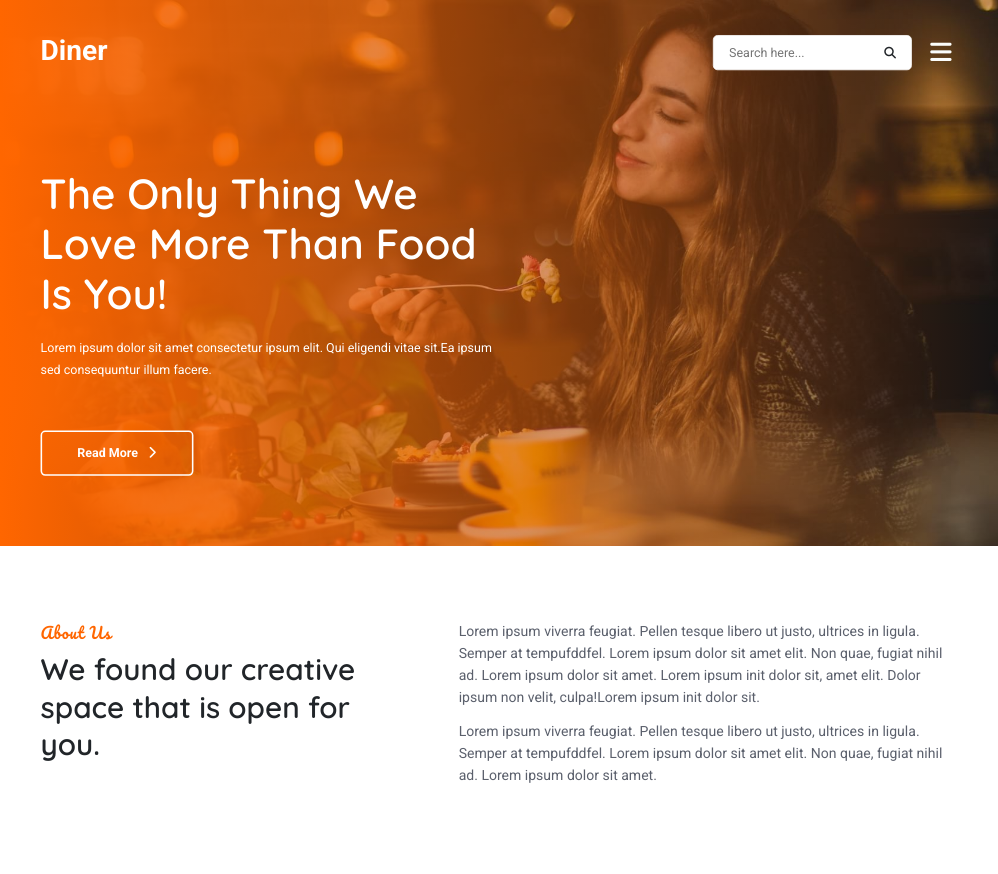
Repository: minhtrivu6199/Diner
Page: index.html
The author's editor kept a copy of each file at every save. The page is drawn from the files as they stood at one save, then again after the next save.
The browser window is 1280 px wide. The pictures show the whole page, at 78% of full size.
Backgrounds fixed to the window are drawn as part of the page. The style sheet was rebuilt from its Sass, Less or Tailwind sources for each picture, by a compiler version that may differ from the author's.

Above is the page before, as saved 2022-10-10 15:19:50.

### index.html
<!DOCTYPE html>
<html lang="en">
  <head>
    <title>Title</title>
    <!-- Required meta tags -->
    <meta charset="utf-8" />
    <meta
      name="viewport"
      content="width=device-width, initial-scale=1, shrink-to-fit=no"
    />
    <!-- FontAwesome 6.2.0 CSS -->
    <link
      rel="stylesheet"
      href="https://cdnjs.cloudflare.com/ajax/libs/font-awesome/6.2.0/css/all.min.css"
      integrity="sha512-xh6O/CkQoPOWDdYTDqeRdPCVd1SpvCA9XXcUnZS2FmJNp1coAFzvtCN9BmamE+4aHK8yyUHUSCcJHgXloTyT2A=="
      crossorigin="anonymous"
      referrerpolicy="no-referrer"
    />

    <!-- Font -->
    <link rel="preconnect" href="https://fonts.googleapis.com" />
    <link rel="preconnect" href="https://fonts.gstatic.com" crossorigin />
    <link
      href="https://fonts.googleapis.com/css2?family=Roboto:wght@100;300;400;500;700;900&display=swap"
      rel="stylesheet"
    />
    <link
      href="https://fonts.googleapis.com/css2?family=Pacifico&display=swap"
      rel="stylesheet"
    />
    <link
      href="https://fonts.googleapis.com/css2?family=Quicksand:wght@300;400;500;600;700&display=swap"
      rel="stylesheet"
    />

    <!-- Bootstrap CSS v5.2.1 -->
    <link
      href="https://cdn.jsdelivr.net/npm/bootstrap@5.2.1/dist/css/bootstrap.min.css"
      rel="stylesheet"
      integrity="sha384-iYQeCzEYFbKjA/T2uDLTpkwGzCiq6soy8tYaI1GyVh/UjpbCx/TYkiZhlZB6+fzT"
      crossorigin="anonymous"
    />
    <!-- CSS -->
    <link rel="stylesheet" href="./css/style.min.css" />
  </head>

  <body>
    <!-- HEADER BANNER -->
    <section class="header-banner">
      <div class="container">
        <!-- BANNER HEADER -->
        <div class="banner-header">
          <div class="banner-logo">
            <h1>
              <a href="" class="logo-brand">Diner</a>
            </h1>
          </div>
          <div class="banner-right-content">
            <div class="search-bar">
              <form class="search position-relative">
                <input
                  type="search"
                  class="search-input"
                  placeholder="Search here..."
                />
                <span class="fa fa-search search-icon"></span>
              </form>
            </div>
            <div class="menu text-center">
              <div class="mobile-position">
                <nav class="navigation">
                  <!-- <div class="theme-switch-wrapper">
                    <label for="checkbox" class="theme-switch">
                      <input type="checkbox" id="checkbox" />
                      <div class="mode-container">
                        <i class="fa fa-sun"></i>
                        <i class="fa fa-moon"></i>
                      </div>
                    </label>
                  </div> -->
                </nav>
              </div>
              <div class="mobile-nav-button text-center">
                <button id="trigger-overlay" type="button">
                  <i class="fa fa-bars" aria-hidden="true"></i>
                </button>
              </div>
            </div>
          </div>
          <!-- NAV MENU -->
          <div class="overlay overlay-scale">
            <button type="button" class="overlay-close">
              <i class="fa fa-times" aria-hidden="true"></i>
            </button>

            <nav>
              <ul>
                <li><a href="index.html" class="active">Home</a></li>
                <li><a href="about.html">About</a></li>
                <li><a href="services.html">Services</a></li>
                <li><a href="blog.html">Blog</a></li>
                <li><a href="error.html">404</a></li>
                <li><a href="">Landing Page</a></li>
                <li><a href="contact.html">Contact</a></li>
                <li><a href="">Shot Codes</a></li>
                <li><a href="">Email</a></li>
              </ul>
            </nav>
          </div>
          <!-- END NAV MENU -->
        </div>
        <!-- END BANNER HEADER -->
        <div class="banner-info">
          <h3 class="mb-4 title">The only thing we love more than food is you!</h3>
          <div class="separator"></div>
          <p class="pr-lg-5 mt-md-4 mt-3">
            Lorem ipsum dolor sit amet consectetur ipsum elit. Qui eligendi
            vitae sit.Ea ipsum sed consequuntur illum facere.
          </p>
          <a class="btn btn-white mt-sm-5 mt-4 mr-2" href="about.html">
            Read More
            <span class="fa fa-chevron-right ms-2" aria-hidden="true"></span>
          </a>
        </div>
      </div>
    </section>
    <!-- END HEADER -->

    <!-- ABOUT -->
    <section class="about-us py-5">
      <div class="container py-md-5">
        <div class="row content">
          <div class="col-lg-5 content-left">
            <div class="about-title">
              <h6 class="subtitle">About Us</h6>
              <h3 class="title mb-4">
                We found our creative space that is open for you.
              </h3>
            </div>
          </div>
          <div class="col-lg-7 content-right ps-lg-5">
            <p>
              Lorem ipsum viverra feugiat. Pellen tesque libero ut justo, ultrices in ligula. Semper at tempufddfel. Lorem ipsum dolor sit amet elit. Non quae, fugiat nihil ad. Lorem ipsum dolor sit amet. Lorem ipsum init dolor sit, amet elit. Dolor ipsum non velit, culpa!Lorem ipsum init dolor sit.
            </p>
            <p class="mt-3">
              Lorem ipsum viverra feugiat. Pellen tesque libero ut justo, ultrices in ligula. Semper at tempufddfel. Lorem ipsum dolor sit amet elit. Non quae, fugiat nihil ad. Lorem ipsum dolor sit amet.
            </p>
          </div>
        </div>
      </div>
    </section>
    <!-- END ABOUT -->

    <!-- Bootstrap JavaScript Libraries -->
    <script
      src="https://cdn.jsdelivr.net/npm/@popperjs/core@2.11.6/dist/umd/popper.min.js"
      integrity="sha384-oBqDVmMz9ATKxIep9tiCxS/Z9fNfEXiDAYTujMAeBAsjFuCZSmKbSSUnQlmh/jp3"
      crossorigin="anonymous"
    ></script>

    <script
      src="https://cdn.jsdelivr.net/npm/bootstrap@5.2.1/dist/js/bootstrap.min.js"
      integrity="sha384-7VPbUDkoPSGFnVtYi0QogXtr74QeVeeIs99Qfg5YCF+TidwNdjvaKZX19NZ/e6oz"
      crossorigin="anonymous"
    ></script>

    <!-- JS -->
    <script src="./js/modernizr-2.6.2.min.js"></script>
    <script src="./js/classie.js"></script>
    <script src="./js/main.js"></script>
  </body>
</html>

### js/classie.js
/*!
 * classie - class helper functions
 * from bonzo https://github.com/ded/bonzo
 *
 * classie.has( elem, 'my-class' ) -> true/false
 * classie.add( elem, 'my-new-class' )
 * classie.remove( elem, 'my-unwanted-class' )
 * classie.toggle( elem, 'my-class' )
 */

/*jshint browser: true, strict: true, undef: true */
/*global define: false */

(function (window) {
  "use strict";

  // class helper functions from bonzo https://github.com/ded/bonzo

  function classReg(className) {
    return new RegExp("(^|\\s+)" + className + "(\\s+|$)");
  }

  // classList support for class management
  // altho to be fair, the api sucks because it won't accept multiple classes at once
  var hasClass, addClass, removeClass;

  if ("classList" in document.documentElement) {
    hasClass = function (elem, c) {
      return elem.classList.contains(c);
    };
    addClass = function (elem, c) {
      elem.classList.add(c);
    };
    removeClass = function (elem, c) {
      elem.classList.remove(c);
    };
  } else {
    hasClass = function (elem, c) {
      return classReg(c).test(elem.className);
    };
    addClass = function (elem, c) {
      if (!hasClass(elem, c)) {
        elem.className = elem.className + " " + c;
      }
    };
    removeClass = function (elem, c) {
      elem.className = elem.className.replace(classReg(c), " ");
    };
  }

  function toggleClass(elem, c) {
    var fn = hasClass(elem, c) ? removeClass : addClass;
    fn(elem, c);
  }

  var classie = {
    // full names
    hasClass: hasClass,
    addClass: addClass,
    removeClass: removeClass,
    toggleClass: toggleClass,
    // short names
    has: hasClass,
    add: addClass,
    remove: removeClass,
    toggle: toggleClass,
  };

  // transport
  if (typeof define === "function" && define.amd) {
    // AMD
    define(classie);
  } else {
    // browser global
    window.classie = classie;
  }
})(window);

### js/main.js
(function () {
  var container = document.querySelector("div.container"),
    triggerBttn = document.getElementById("trigger-overlay"),
    overlay = document.querySelector("div.overlay"),
    closeBttn = overlay.querySelector("button.overlay-close");
  (transEndEventNames = {
    WebkitTransition: "webkitTransitionEnd",
    MozTransition: "transitionend",
    OTransition: "oTransitionEnd",
    msTransition: "MSTransitionEnd",
    transition: "transitionend",
  }),
    (transEndEventName = transEndEventNames[Modernizr.prefixed("transition")]),
    (support = { transitions: Modernizr.csstransitions });

  function toggleOverlay() {
    if (classie.has(overlay, "open")) {
      classie.remove(overlay, "open");
      classie.remove(container, "overlay-open");
      classie.add(overlay, "close");
      var onEndTransitionFn = function (ev) {
        if (support.transitions) {
          if (ev.propertyName !== "visibility") return;
          this.removeEventListener(transEndEventName, onEndTransitionFn);
        }
        classie.remove(overlay, "close");
      };
      if (support.transitions) {
        overlay.addEventListener(transEndEventName, onEndTransitionFn);
      } else {
        onEndTransitionFn();
      }
    } else if (!classie.has(overlay, "close")) {
      classie.add(overlay, "open");
      classie.add(container, "overlay-open");
    }
  }

  triggerBttn.addEventListener("click", toggleOverlay);
  closeBttn.addEventListener("click", toggleOverlay);
})();

### scss/style.scss
@import "./base/variables";
@import "./pages/components/menu";



.header-banner {
  background-image: linear-gradient(to right, $orange, hsl(30deg 100% 1% / 20%)),
    url(../img/banner1.jpg);
  background-size: cover;
  background-position: initial;
  background-repeat: no-repeat;
  background-attachment: fixed;
  min-height: 700px;
  .container {
    .banner-header {
      display: flex;
      justify-content: space-between;
      align-items: center;
      padding: 40px 0 20px 0;
      .banner-logo {
        .logo-brand {
          font-size: 36px;
          font-weight: 700;
          color: $white;
        }
      }

      .banner-right-content {
        display: flex;
        justify-content: center;
        align-items: center;
        .search-bar {
          display: flex;
          .search {
            .search-input {
              padding: 10px 50px 10px 20px;
              height: 45px;
              font-size: 16px;
              color: $font-color;
              font-weight: 400;
              border-radius: 6px;
              position: relative;
              right: 0;
              background: $white;
              outline: 0;
              border: 1px solid $white;
            }
            .search-icon {
              position: absolute;
              right: 20px;
              font-size: 15px;
              cursor: pointer;
              top: 15px;
            }
          }
        }

        .menu {
          display: flex;
          justify-content: center;
          align-items: center;
          .mobile-nav-button {
            margin-left: 1rem;
          }
        }
      }
    }

    .banner-info {
        max-width: 600px;
        text-align: left;
        margin-top: 100px;
        h3 {
            font-size: 54px;
            line-height: 64px;
            text-transform: capitalize;
            color: $white;
        }
        p {
            font-size: 16px;
            line-height: 28px;
            color: $white;
        }

        .btn-white {
            background: transparent;
            border: 2px solid $white;
            color: $white;
            padding: 12px 45px;
            font-size: 16px;
            line-height: 30px;
            font-weight: 700;
            transition: 0.3s ease-in;
            border-radius: 6px;

            &:hover {
                background: $white;
                color: $orange;
            }
        }
    }
  }
}


.about-us {
    .container {
        .content {
            .content-right {
                p {
                    font-size: 18px;
                    line-height: 28px;
                    color: $font-color;
                }
            }
        }
    }
}

### scss/base/_variables.scss
// Color
$blue: #007bff;
$indigo: #6610f2;
$purple: #6f42c1;
$pink: #e83e8c;
$red: #dc3545;
$orange: #ff6600;
$yellow: #ffc107;
$green: #28a745;
$teal: #20c997;
$cyan: #17a2b8;
$white: #fff;
$gray: #6c757d;
$gray-dark: #343a40;
$light-orange: #f8b195;
$success: #28a745;
$info: #17a2b8;
$warning: #ffc107;
$danger: #dc3545;
$light: #f8f9fa;
$dark: #343a40;
$font-color: rgba(22, 28, 45, 0.7);

*, ::after, ::before {
    margin: 0;
    padding: 0;
    box-sizing: border-box;
}

html,
body {
  font-family: "Roboto", sans-serif;
}
a {
  text-decoration: none;
  background-color: transparent;
}

.container {
    max-width: 1200px;
}

.subtitle {
    font-family: 'Pacifico', cursive;
    font-size: 20px;
    font-weight: 400;
    line-height: 30px;
    letter-spacing: 1px;
    color: $orange;
}

.title {
    font-size: 38px;
    line-height: 48px;
    font-weight: 600;
    font-family: 'Quicksand', sans-serif;
}

### scss/pages/components/_menu.scss
@import '../../base/variables';
.overlay {
	position: fixed;
	width: 100%;
	height: 100%;
	top: 0;
	left: 0;
	background: rgb(6 3 0 / 77%);
}

/* Overlay closing cross */
.overlay .overlay-close {
    width: 40px;
    height: 40px;
    position: absolute;
    right: 40px;
    top: 40px;
    overflow: hidden;
    border: none;
    background: $orange;
    color: #fff;
    border-radius: 6px;
}

button#trigger-overlay {
	outline: none;
	border: none;
	background: none;
	text-align: center;
	color: #fbfdfb;
	font-size: 1.95em;
	padding: 0 8px;
}

/* Menu style */
.overlay nav {
	text-align: center;
	position: relative;
	top: 50%;
	height: 60%;
	-webkit-transform: translateY(-50%);
	transform: translateY(-50%);
}
.overlay ul {
	list-style: none;
	padding: 0;
	margin: 0 auto;
	display: inline-block;
	height: 100%;
	position: relative;
}
.overlay ul li {
	display: block;
	-webkit-backface-visibility: hidden;
	backface-visibility: hidden;
    line-height:3em;
}
.overlay ul li a {
	font-size: 20px;
	font-weight: 600;
	display: block;
	color: #fff;
	-webkit-transition: color 0.2s;
	transition: color 0.2s;
}

.overlay ul li a:hover,
.overlay ul li a:focus {
	color: $orange;
}

/* Effects */
.overlay-scale {
	visibility: hidden;
	opacity: 0;
	-webkit-transform: scale(0.9);
	transform: scale(0.9);
	-webkit-transition: -webkit-transform 0.2s, opacity 0.2s, visibility 0s 0.2s;
	transition: transform 0.2s, opacity 0.2s, visibility 0s 0.2s;
}

.overlay-scale.open {
	visibility: visible;
	opacity: 1;
	-webkit-transform: scale(1);
	transform: scale(1);
	-webkit-transition: -webkit-transform 0.4s, opacity 0.4s;
	transition: transform 0.4s, opacity 0.4s;
}

@media screen and (max-height: 30.5em) {
	.overlay nav {
		height: 70%;
		font-size: 34px;
	}

	.overlay ul li {
		min-height: 34px;
	}
}
@media (max-width:767px) {
	.overlay ul li a {
		font-size: 16px;
	}
	.overlay ul li {
		line-height: 2.5em;
	}
}
@media (max-width:600px) {
	.overlay ul li a {
		font-size: 16px;
	}
	.overlay ul li {
		line-height: 2.2em;
	}
}

Loaded but not shown: js/modernizr-2.6.2.min.js (library)

After the next save:
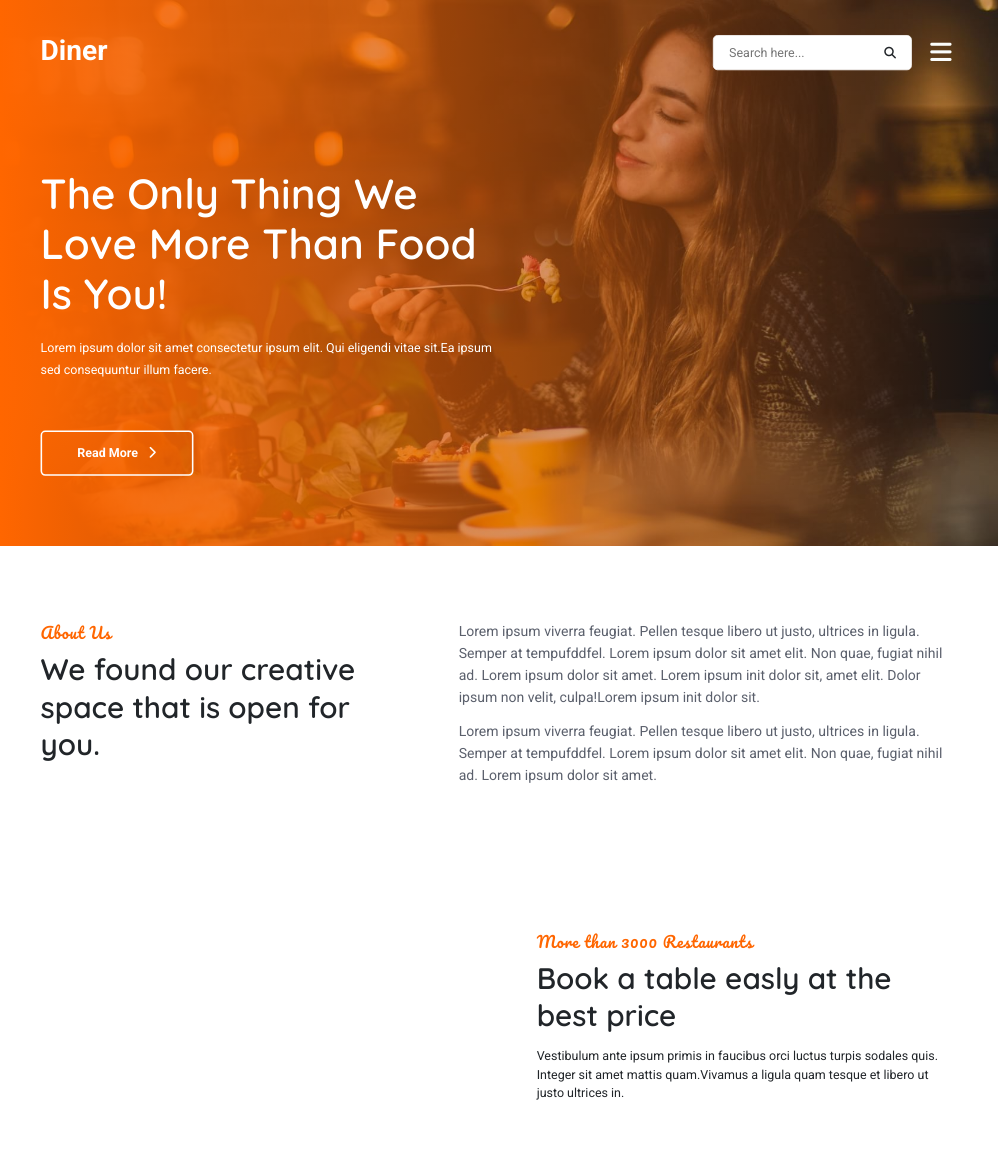
Saved 8 min 22 s later.
--- a/index.html
+++ b/index.html
@@ -151,6 +151,31 @@
     </section>
     <!-- END ABOUT -->
 
+    <!-- AGENT -->
+    <section class="agent">
+      <div class="container-fluid">
+        <div class="row align-items-center gx-0">
+          <div class="col-lg-6">
+            <div class="agent-image"></div>
+          </div>
+          <div class="col-lg-6 py-4">
+            <div class="agent-info p-md-5 p-3">
+              <h6 class="subtitle">
+                More than 3000 Restaurants
+              </h6>
+              <h3 class="title">
+                Book a table easly at the best price
+              </h3>
+              <p class="my-3">
+                Vestibulum ante ipsum primis in faucibus orci luctus turpis sodales quis. Integer sit amet mattis quam.Vivamus a ligula quam tesque et libero ut justo ultrices in.
+              </p>
+            </div>
+          </div>
+        </div>
+      </div>
+    </section>
+    <!-- END AGENT -->
+
     <!-- Bootstrap JavaScript Libraries -->
     <script
       src="https://cdn.jsdelivr.net/npm/@popperjs/core@2.11.6/dist/umd/popper.min.js"
